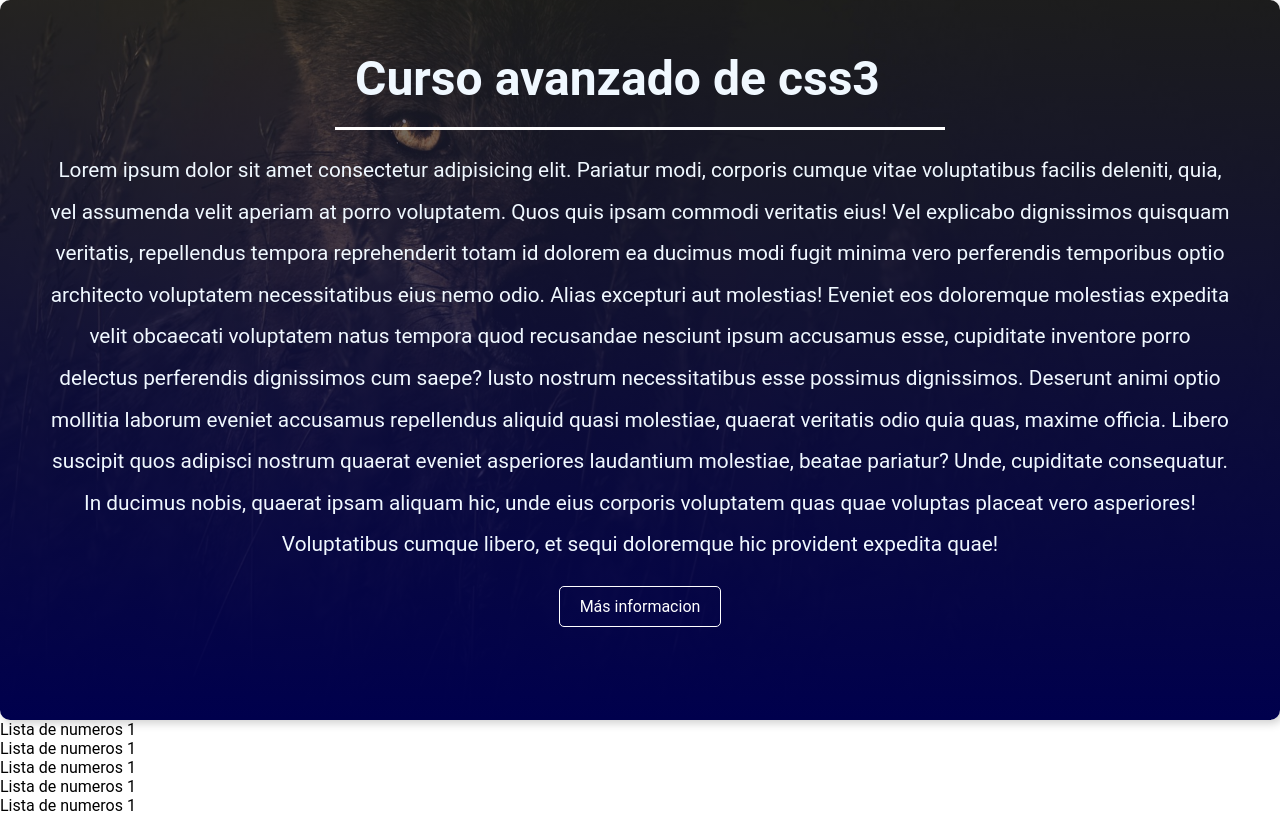
Repository: DamianBermudez94/curso-css3
Page: index.html
The author's editor kept a copy of each file at every save. The page is drawn from the files as they stood at one save, then again after the next save.
The browser window is 1280 px wide. The pictures show the whole page.

Above is the page before, as saved 2024-05-18 13:45:16.

After the next save:
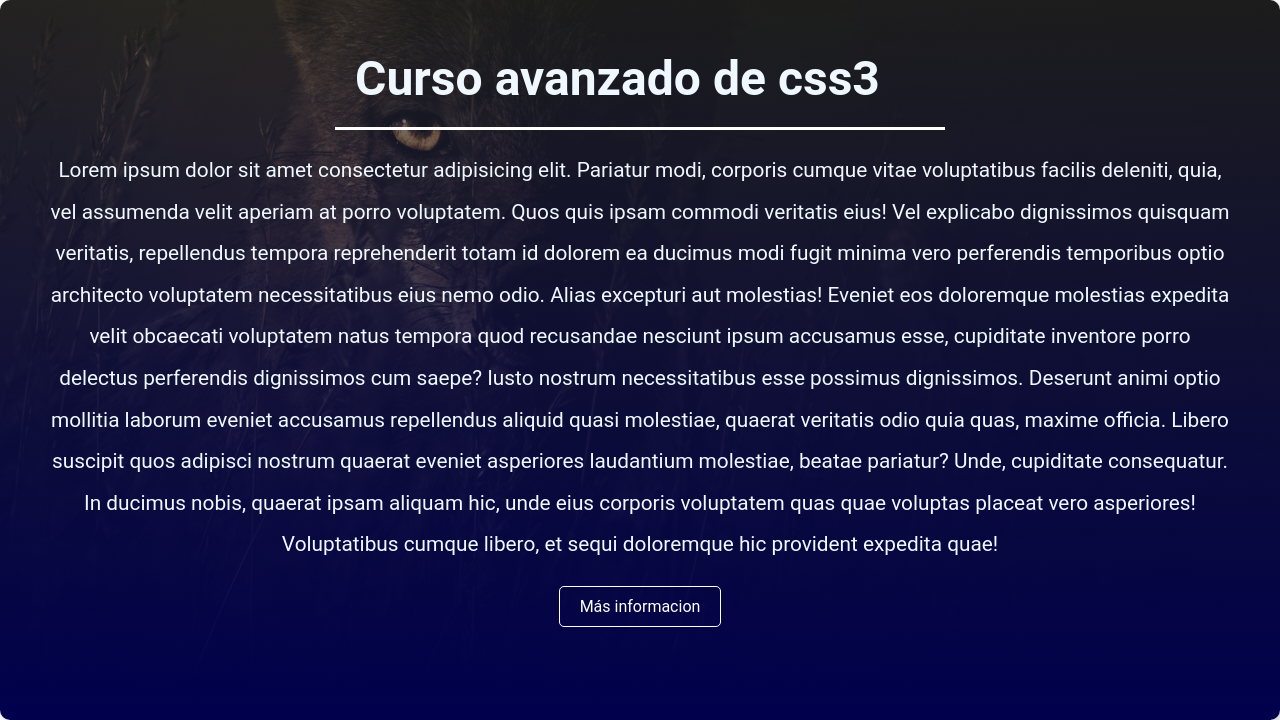
Saved 17 s later.
--- a/index.html
+++ b/index.html
@@ -41,14 +41,7 @@
       </p>
       <a href="#" class="enlace-info">Más informacion</a>
     </article>
-    <!-- Listas e imagenes -->
-    <ul>
-      <li class="listas">Lista de numeros 1</li>
-      <li class="listas">Lista de numeros 1</li>
-      <li class="listas">Lista de numeros 1</li>
-      <li class="listas">Lista de numeros 1</li>
-      <li class="listas">Lista de numeros 1</li>
-    </ul>
+
     <div></div>
   </body>
 </html>
